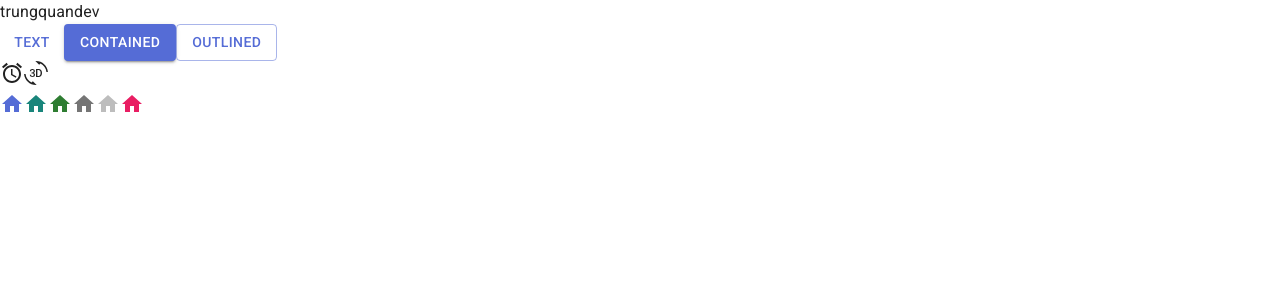
Repository: VoPhamKhanhTruong/trello-web
Page: /
The author's editor kept a copy of each file at every save. The page is drawn from the files as they stood at one save, then again after the next save.
The browser window is 1280 px wide. The pictures show the whole page.
The project was rebuilt for these pictures with package versions that can differ from the ones it lists, and the page was loaded fresh each time. Also part of the build but not shown: vite.config.js.

Above is the page before, as saved 2024-08-07 10:54:45.

After the next save:
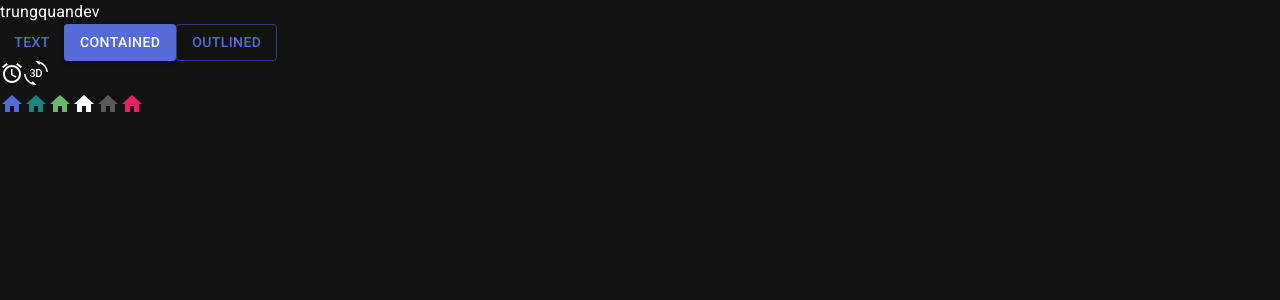
Saved 19 s later.
--- a/src/theme.js
+++ b/src/theme.js
@@ -4,7 +4,7 @@ import { red } from '@mui/material/colors'
 // Create a theme instance.
 const theme = createTheme({
   palette: {
-    mode:'light',
+    mode:'dark',
     primary: {
       main: '#556cd6'
     },
